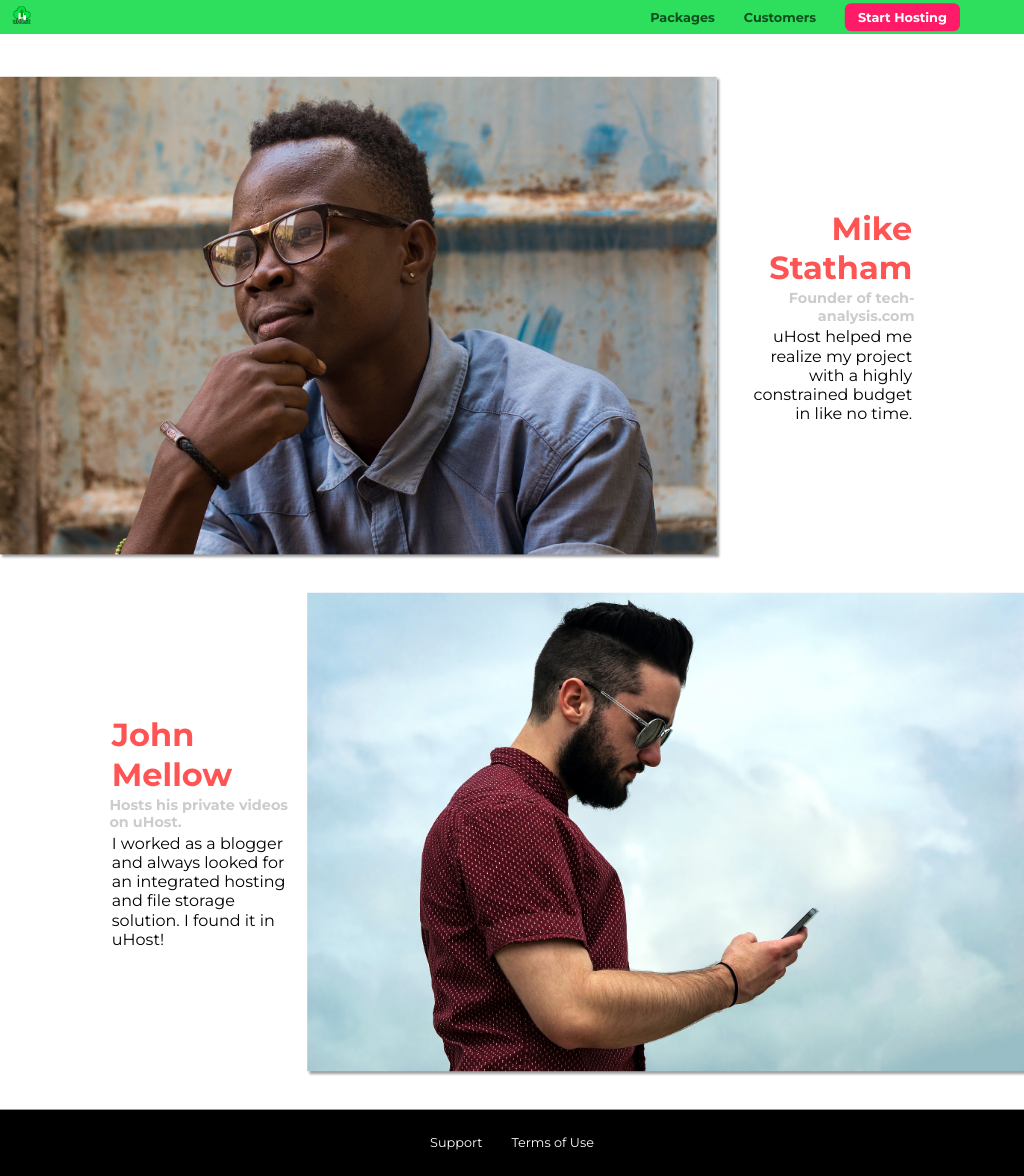
Repository: Nowacki97PL/UdemyCSS
Page: customers/index.html
An editor plug-in stored every save of this project. The page is shown before and after the next save, followed by the edit.
The browser window is 1280 px wide. The pictures show the whole page, at 80% of full size.

Above is the page before, as saved 2023-11-12 13:33:02.

After the next save:
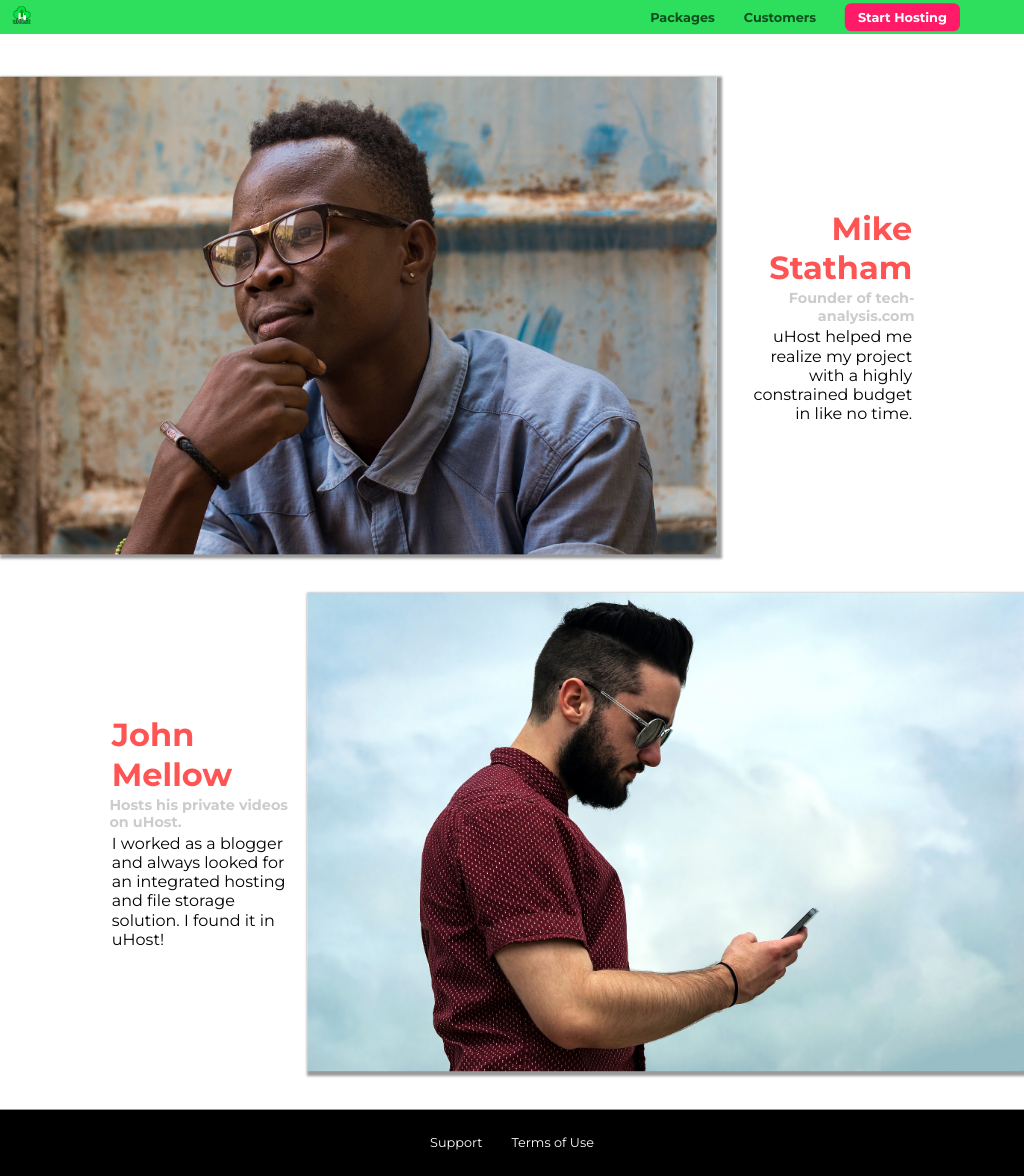
Saved 2 min 29 s later.
--- a/customers/customers.css
+++ b/customers/customers.css
@@ -16,7 +16,7 @@
     width: 70%;
     display: inline-block;
     vertical-align: middle;
-    box-shadow: 3px 3px 3px rgba(0, 0,  0, 0.4);
+    box-shadow: 3px 3px 3px 3px rgba(0, 0,  0, 0.4);
   }
 
   .testimonial__image {
